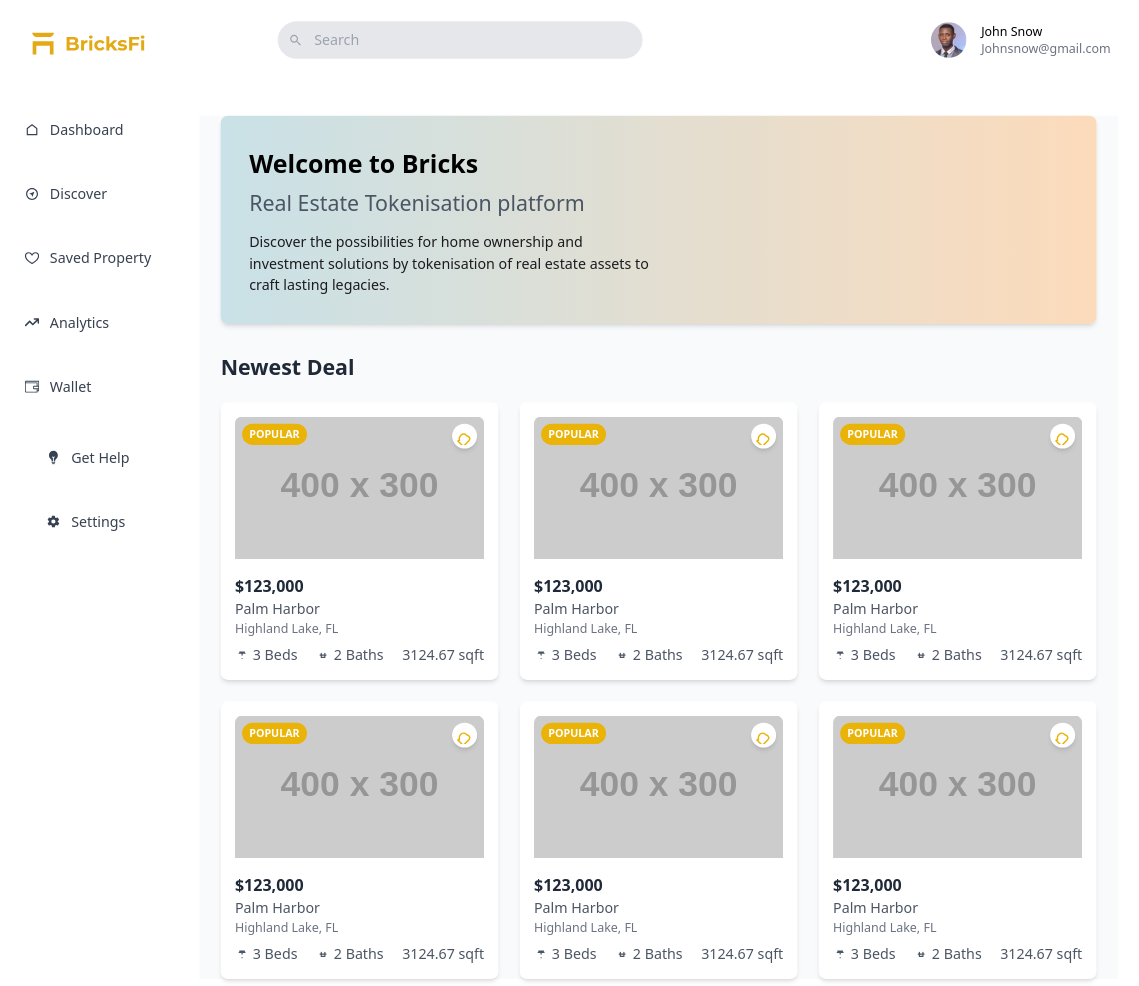
Repository: AyomideAkintade/BricksFi-Frontend
Page: /dashboard/discover (app in client/)
An editor plug-in stored every save of this project. The page is shown before and after the next save, followed by the edit.
The browser window is 1280 px wide. The pictures show the whole page, at 89% of full size.
The page's requests for data from a server got no answer. The project was rebuilt for these pictures with package versions that can differ from the ones it lists, and the page was loaded fresh each time. No one was signed in, and anything a server would have sent is missing. Also part of the build but not shown: client/src/components/navbar.jsx, client/src/components/home.jsx, client/src/components/homeSecond.jsx, client/src/components/homeThird.jsx, client/src/components/homeFifth.jsx, client/src/components/homeSixth.jsx, client/src/components/homeSeventh.jsx, client/src/api/base.js and 16 more.

Above is the page before, as saved 2024-10-04 23:31:36.

### client/src/index.css
@import "tailwindcss/base";
@import "tailwindcss/components";
@import "tailwindcss/utilities";


@font-face {
  font-family: Poppins;
  src: url(/src/assets/fonts/Poppins-Regular.ttf) format("truetype"), url(/src/assets/fonts/Poppins-Bold.ttf) format("truetype"), url(/src/assets/fonts/Poppins-Medium.ttf) format("truetype");

}

### client/src/App.js
import { BrowserRouter as Router, Route, Routes } from "react-router-dom";
import Home from "./pages/homePage";
import HomeFourth from "./components/login.jsx";
import HomeEight from "./components/signup.jsx";
import ForgotPasswordPage from "./components/forgotPassword.jsx";
import DashboardLayout from "./pages/dashboardLayout";
import DashboardPage from "./pages/dashboard.jsx";
import PieAnalytics from "./components/analytics.jsx";
import Discover from "./components/discover.jsx";
import SavedPropertyPage from "./components/savedProperties.jsx";
import { ToastContainer } from "react-toastify";
import 'react-toastify/dist/ReactToastify.css';
import { useEffect, useState } from "react";
import { BrCookies } from "./utils/storage/cookies.js";
// import DiscoverPage from "./pages/discover.jsx";
// import SavedPropertyPage from "./pages/savedProperty.jsx";

function App() {

  const [ loggedIn, setLoggedIn ] = useState(false);
  const [ isLoading, setLoading ] = useState(true);

  useEffect(()=>{
    const ck = new BrCookies(document);
    ck.getCookie('authToken')
      .then((value) => {
        setLoggedIn(true);
        setLoading(false);
      })
      .catch((e) => {
        setLoading(false);
        // this.setState({ isLoading: false }); // Set loading to false even if there is an error
      });
  }, [])
  if (isLoading) {
    return <div></div>;
  }

  return (
    <div>
      <ToastContainer limit={5} />
      {loggedIn ?
      <Router>
        <Routes>
          <Route path="*" element={<DashboardLayout />}>
            <Route index element={<DashboardPage />} />
          </Route>
          <Route path="/dashboard" element={<DashboardLayout />}>
            <Route index element={<DashboardPage />} />
            <Route path="discover" element={<Discover/>} />
            <Route path="saved-property" element={<SavedPropertyPage/>} />
            <Route path="analytics" element={<PieAnalytics />} />
          </Route>
        </Routes>
      </Router>
      :
      <Router>
        <Routes>
          {/* Public Routes */}
          <Route path="/" element={<Home />} />
          <Route path="/login" element={<HomeFourth />} />
          <Route path="/signup" element={<HomeEight />} />
          <Route path="/forgot-password" element={<ForgotPasswordPage />} />

          {/* Dashboard Routes with Sidebar and Header */}
          <Route path="/dashboard" element={<DashboardLayout />}>
            <Route index element={<DashboardPage />} />
            <Route path="discover" element={<Discover/>} />
            <Route path="saved-property" element={<SavedPropertyPage/>} />
            <Route path="analytics" element={<PieAnalytics />} />
          </Route>
        </Routes>
      </Router>
      }
    </div>
  );
}

export default App;

### client/src/pages/dashboardLayout.jsx
import React from 'react';
import Sidebar from '../components/sidebar';
import Header from '../components/header';
import { Outlet } from 'react-router-dom';

const DashboardLayout = () => {
  return (
    <div className="flex">
      {/* Sidebar */}
      <Sidebar />

      <div className="flex-1 ml-[200px]">
        {/* Header */}
        <Header />

        <div className="px-6 py-2">
          {/* Outlet will render the child routes here */}
          <Outlet />
        </div>
      </div>
    </div>
  );
};

export default DashboardLayout;

### client/src/components/discover.jsx
import React from 'react';

const properties = [
  {
    id: 1,
    price: "$123,000",
    name: "Palm Harbor",
    location: "Highland Lake, FL",
    bedrooms: 3,
    bathrooms: 2,
    area: "3124.67 sqft",
    imageUrl: "https://via.placeholder.com/400x300", // Replace with actual image URL
    popular: true,
  },
  {
    id: 2,
    price: "$123,000",
    name: "Palm Harbor",
    location: "Highland Lake, FL",
    bedrooms: 3,
    bathrooms: 2,
    area: "3124.67 sqft",
    imageUrl: "https://via.placeholder.com/400x300", // Replace with actual image URL
    popular: true,
  },
  {
    id: 3,
    price: "$123,000",
    name: "Palm Harbor",
    location: "Highland Lake, FL",
    bedrooms: 3,
    bathrooms: 2,
    area: "3124.67 sqft",
    imageUrl: "https://via.placeholder.com/400x300", // Replace with actual image URL
    popular: true,
  },
  {
    id: 4,
    price: "$123,000",
    name: "Palm Harbor",
    location: "Highland Lake, FL",
    bedrooms: 3,
    bathrooms: 2,
    area: "3124.67 sqft",
    imageUrl: "https://via.placeholder.com/400x300", // Replace with actual image URL
    popular: true,
  },
  {
    id: 5,
    price: "$123,000",
    name: "Palm Harbor",
    location: "Highland Lake, FL",
    bedrooms: 3,
    bathrooms: 2,
    area: "3124.67 sqft",
    imageUrl: "https://via.placeholder.com/400x300", // Replace with actual image URL
    popular: true,
  },
  {
    id: 6,
    price: "$123,000",
    name: "Palm Harbor",
    location: "Highland Lake, FL",
    bedrooms: 3,
    bathrooms: 2,
    area: "3124.67 sqft",
    imageUrl: "https://via.placeholder.com/400x300", // Replace with actual image URL
    popular: true,
  },
  // Add more property data as needed
];

const Discover = () => {
  return (
    <div className="bg-gray-50 min-h-screen">
      {/* Hero Section */}
      <section className="bg-gradient-to-r from-[#C9E1E7] to-[#FCDBBB] p-8 rounded-lg mx-6 my-8 shadow-md">
        <div className="grid grid-cols-1 md:grid-cols-2 items-center">
          <div>
            <h1 className="text-[28px] font-bold">
              Welcome to Bricks
            </h1>
            <p className="text-2xl mt-2 text-gray-600">
              Real Estate Tokenisation platform
            </p>
            <p className="mt-4 text-[#1C1B1F]">
              Discover the possibilities for home ownership and investment
              solutions by tokenisation of real estate assets to craft lasting
              legacies.
            </p>
          </div>
          {/* <div>
            <img
              src="https://via.placeholder.com/600x400" // Replace with actual image URL
              alt="Real Estate Building"
              className="w-full rounded-lg"
            />
          </div> */}
        </div>
      </section>

      {/* Newest Deal Section */}
      <section className="px-6">
        <h2 className="text-2xl font-semibold text-gray-800 mb-6">Newest Deal</h2>
        <div className="grid grid-cols-1 md:grid-cols-3 lg:grid-cols-3 gap-6">
          {properties.map((property) => (
            <div key={property.id} className="bg-white p-4 rounded-lg shadow-md">
              <div className="relative">
                <img
                  src={property.imageUrl}
                  alt={property.name}
                  className="w-full h-40 object-cover rounded-t-lg"
                />
                {property.popular && (
                  <div className="absolute top-2 left-2 bg-yellow-500 text-white text-xs font-semibold px-2 py-1 rounded-full">
                    POPULAR
                  </div>
                )}
                <button className="absolute top-2 right-2 bg-white p-1 rounded-full shadow-md">
                  <svg
                    xmlns="http://www.w3.org/2000/svg"
                    fill="none"
                    viewBox="0 0 24 24"
                    stroke="currentColor"
                    className="w-5 h-5 text-yellow-500"
                  >
                    <path
                      strokeLinecap="round"
                      strokeLinejoin="round"
                      strokeWidth={2}
                      d="M5.121 17.804A4.992 4.992 0 015 15c0-1.38.56-2.63 1.464-3.536l.707-.707c.879-.88 2.03-1.464 3.537-1.464 1.507 0 2.658.584 3.537 1.464l.707.707A4.992 4.992 0 0119 15a4.992 4.992 0 01-1.465 3.535l-6.585 6.585a1 1 0 01-1.414 0l-6.585-6.585z"
                    />
                  </svg>
                </button>
              </div>
              <div className="mt-4">
                <h3 className="text-lg font-semibold text-gray-800">{property.price}</h3>
                <p className="text-gray-600">{property.name}</p>
                <p className="text-sm text-gray-500">{property.location}</p>
                <div className="flex items-center justify-between mt-2">
                  <div className="flex items-center text-gray-600">
                    <svg
                      xmlns="http://www.w3.org/2000/svg"
                      fill="none"
                      viewBox="0 0 24 24"
                      stroke="currentColor"
                      className="w-4 h-4 mr-1"
                    >
                      <path
                        strokeLinecap="round"
                        strokeLinejoin="round"
                        strokeWidth={2}
                        d="M8 7h8M7 9h10M12 12V9m0 9h.01"
                      />
                    </svg>
                    {property.bedrooms} Beds
                  </div>
                  <div className="flex items-center text-gray-600">
                    <svg
                      xmlns="http://www.w3.org/2000/svg"
                      fill="none"
                      viewBox="0 0 24 24"
                      stroke="currentColor"
                      className="w-4 h-4 mr-1"
                    >
                      <path
                        strokeLinecap="round"
                        strokeLinejoin="round"
                        strokeWidth={2}
                        d="M7 12h10M9 12v4h6v-4M9 9v3m6-3v3"
                      />
                    </svg>
                    {property.bathrooms} Baths
                  </div>
                  <div className="text-gray-600">{property.area}</div>
                </div>
              </div>
            </div>
          ))}
        </div>
      </section>
    </div>
  );
};

export default Discover;

### client/src/utils/storage/cookies.js

// eslint-disable-next-line no-unused-vars
class BrCookies {

    constructor(document) {
        this.document = document || (typeof document !== "undefined" ? document : null);
    }

    /**
     *
     * @param {Array<CookieData>} dataList
     */

    saveCookies(dataList){

        if (!Array.isArray(dataList)) {
            throw new Error("Data list must be an array.");
        }

        for (const data of dataList) {
            if (!(data instanceof CookieData)) {
                throw new Error("Invalid cookie data format.");
            }

            // save each cookie
            let cookieValue = `${data.name}=${data.value}; expires=${data.expiryDate.toUTCString()}; path=/`;

            // Set SameSite=None if running on localhost
            if (window.location.hostname !== 'localhost') {

                cookieValue += '; SameSite=Strict; Secure'
            }

            this.document.cookie = cookieValue;
        }
    }

    async getCookie(name) {
        return new Promise((resolve, reject) => {
          const cookies = this.document.cookie.split('; ');
          for (const cookie of cookies) {
            const [cookieName, cookieValue] = cookie.split('=');
            if (cookieName === name) {
              resolve(cookieValue);
              return;
            }
          }
          reject(new Error(`Cookie with name ${name} not found.`));
        });
    }

    removeCookie(name) {
        this.document.cookie = name + "=;Path=/;expires=Thu, 01 Jan 1970 00:00:00 GMT";
    }

    removeAllCookies() {
        const cookies = this.document.cookie.split(";");
        for (var i = 0; i < cookies.length; i++) {
            const cookie = cookies[i];
            const eqPos = cookie.indexOf("=");
            const name = eqPos > -1 ? cookie.substr(0, eqPos) : cookie;
            document.cookie = name + "=;Path=/;expires=Thu, 01 Jan 1970 00:00:00 GMT";
        }
    }
}


class CookieData {
    constructor(name, value, expiryDate) {

        if (typeof name !== "string" || typeof value !== "string" || !(expiryDate instanceof Date) || name.length === 0) {
            throw new Error("Invalid CookieData format.");
        }

        this.name = name;
        this.value = value;
        this.expiryDate = expiryDate;
    }
}

function createCookieDate(timeInSec) {

    const timeInDays = timeInSec / (3600 * 24);

    const currentDate = new Date();

    const futureDate = new Date();
    futureDate.setDate(currentDate.getDate() + timeInDays);


    return futureDate
}


export { BrCookies, CookieData, createCookieDate };

### client/src/components/sidebar.jsx
import React from 'react';
import { Link } from 'react-router-dom';
import { RiHomeLine } from "react-icons/ri";
import { RiCompassDiscoverLine } from "react-icons/ri";
import { GrFavorite } from "react-icons/gr";
import { FaArrowTrendUp } from "react-icons/fa6";
import { TfiWallet } from "react-icons/tfi";
import { IoBulbSharp } from "react-icons/io5";
import { IoMdSettings } from "react-icons/io";
import BricksFi from "../assets/bricksfi.svg"

const Sidebar = () => {
  return (
    <aside className="bg-white h-screen w-[15%] fixed p-3 min-w-[200px]">
      <div className="p-6">
        <img
        src={BricksFi}
        alt='BricksFi'
        className='w-full'
        />
      </div>
      <nav className="mt-8">
        <ul className="space-y-4">
          <li className="p-4 hover:bg-yellow-100">
            <Link to="/dashboard" className="flex items-center text-gray-700">
              <RiHomeLine className="mr-3" /> Dashboard
            </Link>
          </li>
          <li className="p-4 hover:bg-yellow-100">
            <Link to="/dashboard/discover" className="flex items-center text-gray-700">
              <RiCompassDiscoverLine className="mr-3" /> Discover
            </Link>
          </li>
          <li className="p-4 hover:bg-yellow-100">
            <Link to="/dashboard/saved-property" className="flex items-center text-gray-700">
              <GrFavorite className="mr-3" /> Saved Property
            </Link>
          </li>
          <li className="p-4 hover:bg-yellow-100">
            <Link to="/dashboard/analytics" className="flex items-center text-gray-700">
              <FaArrowTrendUp className="mr-3" /> Analytics
            </Link>
          </li>
          <li className="p-4 hover:bg-yellow-100">
            <Link to="/dashboard/wallet" className="flex items-center text-gray-700">
              <TfiWallet className="mr-3" /> Wallet
            </Link>
          </li>
        </ul>
      </nav>
      <div className="mt-auto p-6">
        <ul className="space-y-4">
          <li className="p-4 hover:bg-yellow-100">
            <Link to="/" className="flex items-center text-gray-700">
              <IoBulbSharp className="mr-3" /> Get Help
            </Link>
          </li>
          <li className="p-4 hover:bg-yellow-100">
            <Link to="/" className="flex items-center text-gray-700">
              <IoMdSettings className="mr-3" /> Settings
            </Link>
          </li>
        </ul>
      </div>
    </aside>
  );
};

export default Sidebar;

### client/src/components/header.jsx
import React from 'react';
import COCO from "../assets/clem.jpeg"
import { IoMdSearch } from "react-icons/io";
import { IoNotificationsOutline } from "react-icons/io5";

const Header = () => {
  return (
    <div className="w-full flex gap-10 justify-between items-center py-6 bg-white sticky top-0 z-50 px-12" >
      {/* style={{boxShadow: "1px 1px 20px -8px #0000001A"}} */}
      <div className='px-16 w-full'>
      <div className="relative w-2/3">
        <input
          type="text"
          placeholder="Search"
          className="p-2 pl-10 w-full border rounded-full bg-gray-200 text-black focus:outline-none"
        />
        <IoMdSearch className="absolute left-3 top-1/2 transform -translate-y-1/2 text-gray-400" />
      </div>
      </div>
      <div className="flex items-center space-x-4 ">
        <IoNotificationsOutline className="text-gray-700 text-2xl" />
        <img
          src={COCO}
          alt="profile"
          className="rounded-full h-10 w-10"
        />
        <div className="">
          <span className="block text-sm font-medium">John Snow</span>
          <span className="block text-sm text-gray-500">Johnsnow@gmail.com</span>
        </div>
      </div>
    </div>
  );
};

export default Header;

### client/tailwind.config.js
/** @type {import('tailwindcss').Config} */
module.exports = {
  content: ["./src/**/*.{html,js,jsx}"],
  theme: {
    extend: {
      fontFamily: {
        Poppins: ['Poppins'],
      }
    },
    screens: {
      sm: '640px',
      // => @media (min-width: 640px) { ... }

      md: '768px',
      // => @media (min-width: 768px) { ... }

      lg: '1024px',
      // => @media (min-width: 1024px) { ... }

      xl: '1280px',
      // => @media (min-width: 1280px) { ... }

      '2xl': '1536px',
      // => @media (min-width: 1536px) { ... }
      'custombp': {'raw': '(min-height: 375px),(min-width:768px)'}
    },
  },
  plugins: [],
}

Loaded but not shown: client/public/index.html (common file); client/src/index.js (common file); client/src/reportWebVitals.js (common file)

After the next save:
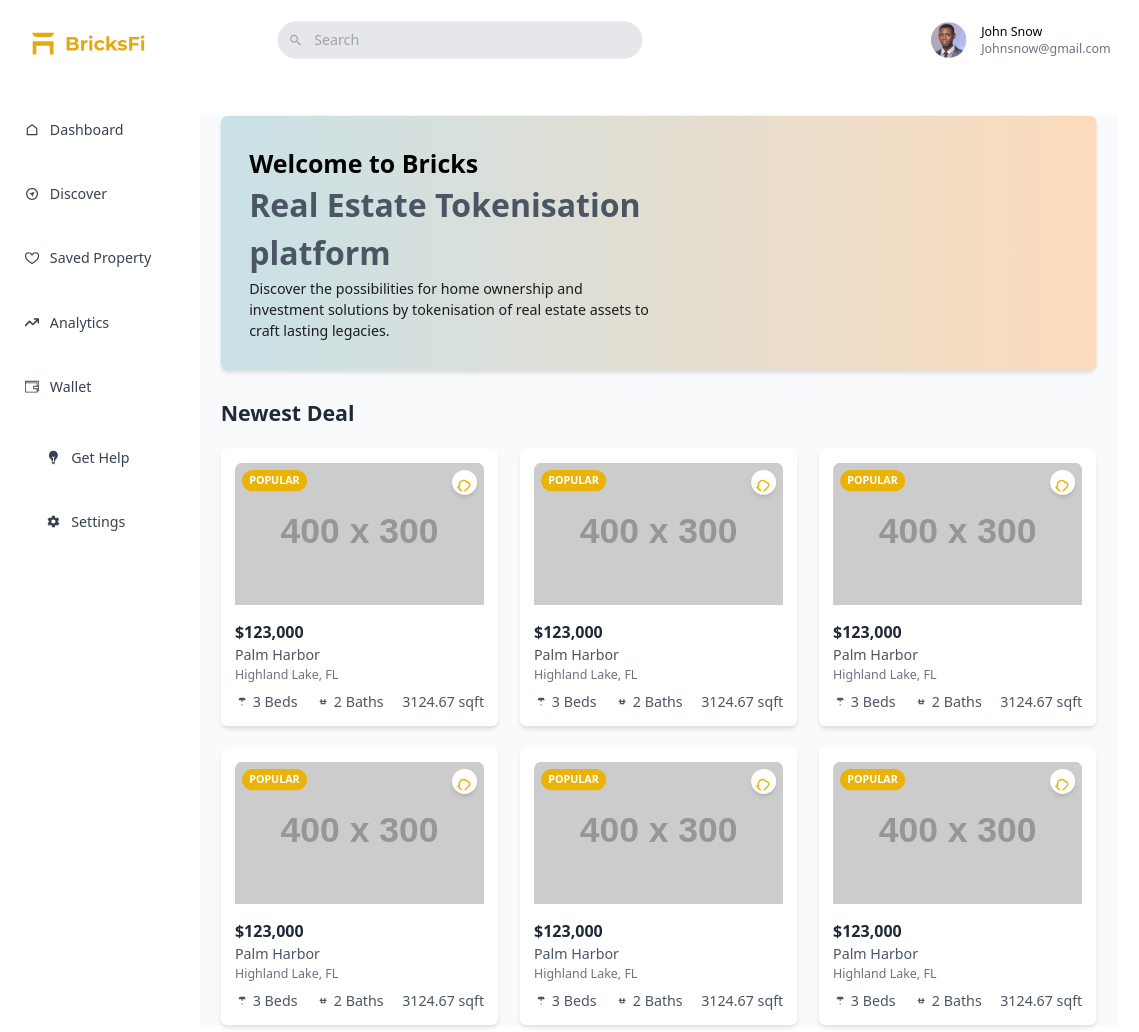
Saved 35 s later.
--- a/client/src/components/discover.jsx
+++ b/client/src/components/discover.jsx
@@ -77,13 +77,13 @@ const Discover = () => {
       <section className="bg-gradient-to-r from-[#C9E1E7] to-[#FCDBBB] p-8 rounded-lg mx-6 my-8 shadow-md">
         <div className="grid grid-cols-1 md:grid-cols-2 items-center">
           <div>
-            <h1 className="text-[28px] font-bold">
+            <h1 className="text-[28px] font-semibold">
               Welcome to Bricks
             </h1>
-            <p className="text-2xl mt-2 text-gray-600">
+            <p className="text-[36px] font-semibold text-gray-600">
               Real Estate Tokenisation platform
             </p>
-            <p className="mt-4 text-[#1C1B1F]">
+            <p className="text-[#1C1B1F]">
               Discover the possibilities for home ownership and investment
               solutions by tokenisation of real estate assets to craft lasting
               legacies.
